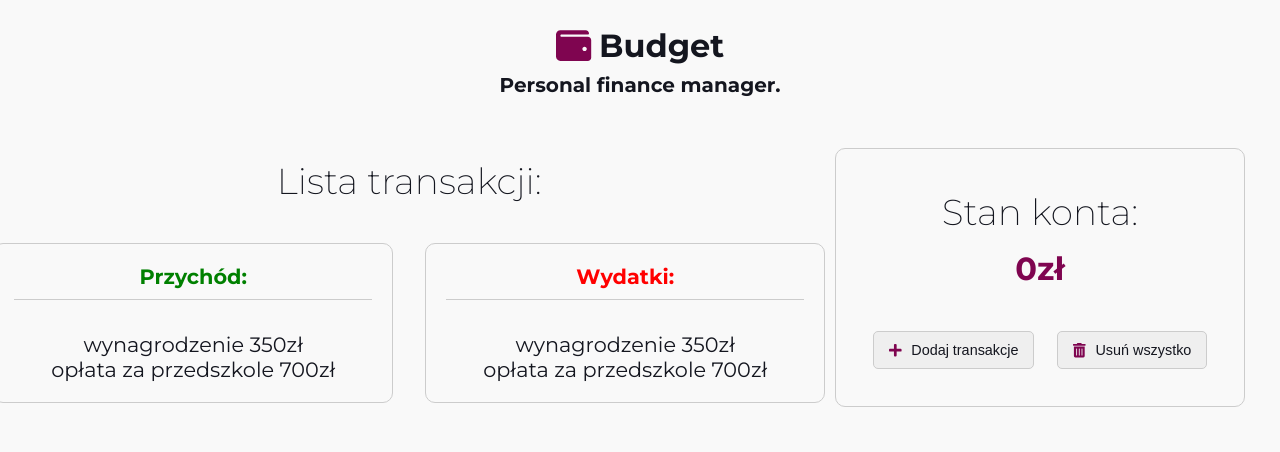
Repository: KrzysKolo/sr_tydzien4_zad4
Page: /
The author's editor kept a copy of each file at every save. The page is drawn from the files as they stood at one save, then again after the next save.
The browser window is 1280 px wide. The pictures show the whole page.
Some web libraries are served in a nearby version. The project was rebuilt for these pictures with package versions that can differ from the ones it lists, and the page was loaded fresh each time. Also part of the build but not shown: src/components/budgetComponents/formComponents/Header.js, src/components/budgetComponents/formComponents/ErrorMessage.js, src/components/budgetComponents/formComponents/Input.js, src/components/budgetComponents/formComponents/Select.js.

Above is the page before, as saved 2020-12-03 23:12:30.

### public/index.html
<!DOCTYPE html>
<html lang="en">
  <head>
    <meta charset="utf-8" />
    <link rel="icon" href="%PUBLIC_URL%/favicon.ico" />
    <meta name="viewport" content="width=device-width, initial-scale=1" />
    <meta name="theme-color" content="#000000" />
    <meta
      name="description"
      content="Web site created using create-react-app"
    />
    <link rel="apple-touch-icon" href="%PUBLIC_URL%/logo192.png" />
    <!--
      manifest.json provides metadata used when your web app is installed on a
      user's mobile device or desktop. See https://developers.google.com/web/fundamentals/web-app-manifest/
    -->
    <link rel="manifest" href="%PUBLIC_URL%/manifest.json" />
    <!--
      Notice the use of %PUBLIC_URL% in the tags above.
      It will be replaced with the URL of the `public` folder during the build.
      Only files inside the `public` folder can be referenced from the HTML.

      Unlike "/favicon.ico" or "favicon.ico", "%PUBLIC_URL%/favicon.ico" will
      work correctly both with client-side routing and a non-root public URL.
      Learn how to configure a non-root public URL by running `npm run build`.
    -->
    <link
      href="https://fonts.googleapis.com/css?family=Montserrat:200,400,700&display=swap&subset=latin-ext"
      rel="stylesheet"
    />
    <script
      src="https://kit.fontawesome.com/327a0d490c.js"
      crossorigin="anonymous"
    ></script>
    <title>Budget</title>
  </head>
  <body>
    <noscript>You need to enable JavaScript to run this app.</noscript>
    <div id="root"></div>
    <!--
      This HTML file is a template.
      If you open it directly in the browser, you will see an empty page.

      You can add webfonts, meta tags, or analytics to this file.
      The build step will place the bundled scripts into the <body> tag.

      To begin the development, run `npm start` or `yarn start`.
      To create a production bundle, use `npm run build` or `yarn build`.
    -->
  </body>
</html>

### src/App.js
import React from 'react';
import Budget from './components/Budget'

const App = () => {
  return (
    <>
      <Budget/>
    </>
  )
}

export default App;

### src/components/Budget.js
import React from 'react';
import Header from './budgetComponents/Header';
import Section from './budgetComponents/Section';
import SectionInfo from './budgetComponents/SectionInfo';
import H2 from './budgetComponents/sectionComponents/H2';
import styled, { createGlobalStyle } from 'styled-components';

const GlobalStyle = createGlobalStyle`
    * {
        padding: 0;
        margin: 0;
        box-sizing: border-box;
    }
    body {
        background-color: #f9f9f9;
        color: #14161f;
        font-family: "Montserrat", sans-serif;
        font-size: 16px;
        min-height: 100vh;
    }
    `;
const Container = styled.main`
    font-size: 1.5rem;
`;
const SectionContainer = styled.section`
    display: flex;
    flex-direction: row;
    justify-content: center;
    align-items: center;
`;
const SectionBudget = styled.section`
    display: flex;
    flex-direction: column;
    justify-content: center;
    align-items: center;
`;
const DivItems = styled.div`
    display: flex;
    flex-direction: row;
    justify-content: center;
    align-items: center;

`;
const Budget = () => {
    return (
        <>
            <GlobalStyle />
            <Container>
                <Header />
                <SectionContainer>
                    <SectionBudget>
                        <H2 title="Lista transakcji" />
                        <DivItems>
                            <Section title="Przychód" label="p"/>
                            <Section title="Wydatki" />
                        </DivItems>
                    </SectionBudget>
                    <SectionInfo title="Stan konta"/>
                </SectionContainer>
            </Container>

        </>
    )
}

export default Budget;

### src/components/budgetComponents/Header.js
import React from 'react';
import styled from 'styled-components';
import { FontAwesomeIcon } from '@fortawesome/react-fontawesome';
import { faWallet } from '@fortawesome/free-solid-svg-icons';

const SectionHeader = styled.header`
    align-items: center;
    color: rgb(127, 5, 80);
    display: flex;
    font-size: 2.2rem;
    flex-direction: column;
    justify-content: center;
    padding: 2%;
`;
const DivHeader = styled.div`
    align-items: center;
    display: flex;
    flex-direction: row;
    justify-content: center;
    margin-bottom: 0.5rem;
`;
const H1Header = styled.h1`
    color: #14161f;
    font-size: 2rem;
    margin-left: .5rem;
`;
const H2Header = styled.h2`
    color: #14161f;
    font-size: 1.25rem;
`;
const Header = () => {
    return (
        <SectionHeader>
            <DivHeader>
                <FontAwesomeIcon icon={faWallet}/>
                <H1Header>Budget</H1Header>
            </DivHeader>
            <H2Header>Personal finance manager.</H2Header>
        </SectionHeader>
    )
}

export default Header;

### src/components/budgetComponents/Section.js
import React from 'react';
import { H1 }from './sectionComponents/index';
import Transactions from './../data/Transactions';
import styled from 'styled-components';

const SectionWrapper = styled.section`
    border: 1px solid #ccc;
    border-radius: 10px;
    display: flex;
    flex-direction: column;
    font-size: 1.3rem;
    justify-content: center;
    align-items: center;
    margin: 2%;
    padding: 20px;
    min-width: 400px;
    width: 50%;
`;
const Section = ({ title, label }) => {
   return (
        <SectionWrapper>
           <H1 title={title} label={label} />
            {Transactions.map(item => <div key={item.id}> {item.name} {item.amount}zł</div>)}
        </SectionWrapper>
    )
}

export default Section;

### src/components/budgetComponents/SectionInfo.js
import React, { useState } from 'react';
import { H2, P } from './sectionComponents/index';
import Form from './Form';
import Button from './../budgetComponents/buttons/Button';
import styled from 'styled-components';
import { faPlus,  faTrashAlt } from '@fortawesome/free-solid-svg-icons';
const SectionWrapper = styled.section`
    border: 1px solid #ccc;
    border-radius: 10px;
    display: flex;
    flex-direction: column;
    margin: 2vw;
    padding: 2%;
`;
const ButtonWrapper = styled.div`
    display: flex;
    flex-direction: row;
`;

const SectionInfo = ({ title }) => {
    const [showForm, setShowForm] = useState(false);
    const openForm = () =>{
        setShowForm(prev => !prev);
  };
    return (
        <>
        <SectionWrapper>
           <H2 title={title}> </H2>
           <P />
           <ButtonWrapper>
                <Button onClick={openForm} title="Dodaj transakcje" icons={faPlus} />
                <Button title="Usuń wszystko" icons={faTrashAlt} type="submit"/>
           </ButtonWrapper>

        </SectionWrapper>
        <Form showForm={showForm} setShowForm={setShowForm} />
        </>
    )
}

export default SectionInfo;

### src/components/budgetComponents/sectionComponents/H2.js
import React from 'react'
import styled from 'styled-components';

const TitleH2 = styled.h2`
    font-weight: 200;
    margin: 2% auto;
    padding: 0.5rem;
`;

const H2 = ({title}) => {
    return (
        <TitleH2>
            {title}:
        </TitleH2>
    )
}

export default H2;

### src/components/budgetComponents/sectionComponents/index.js
export { default as H1 } from './H1';
export { default as H2 } from './H2';
export { default as P } from './P';

### src/components/data/Transactions.js
const SelectOptions=[
    { id: 0, category: "Przychód", name: "wynagrodzenie", amount: "350"},
    { id: 1, category: "Rachunki", name: "opłata za przedszkole", amount: "700"},

];
export default SelectOptions;

### src/components/budgetComponents/Form.js
import React, { useState } from 'react';
import { Header, Input, Select } from './formComponents/';
import Button from './buttons/Button';
import styled from 'styled-components';
import SelectOptions from './../data/SelectOptions';
import { faBusinessTime, faSave, faWindowClose } from '@fortawesome/free-solid-svg-icons';
import { useFormik } from 'formik';
import * as yup from 'yup';

const FormWrapper = styled.form`
    background-color: #f9f9f9;
    border: 4px double rgb(127, 5, 80);
    border-radius: 10px;
    box-shadow: 3px 3px 5px rgba(127, 5, 80, 0.5);
    color: rgb(127, 5, 80);
    position: fixed;
    display: flex;
    flex-direction: column;
    justify-content: center;
    align-items: center;
    padding: 10px;
    width: 20vw;
    min-width: 300px;
`;
const ButtonWrapper = styled.div`
    display: flex;
    flex-direction: row;
    justify-content: center;
    border-top: 1px solid rgba(127, 5, 80, 0.3);
    padding-top: 10px;
    margin-top: 1.4rem;
`;

const FormData = ({ showForm, setShowForm }) => {
    const initialValues  = {
        name: '',
        amount: '',
        category: -1,
    };
    const validationSchema = yup.object({
        name: yup.string().required("Required").min(3, "Musi być min 3 znaki").max(50,"Moze być max 50 znaków"),
        amount: yup.number().required("Required").min(1, "Musi być conajmniej 1 cyfra"),
        category: yup.number().required("Musi być wybrane").min(0, ).max(5),
    })
    const onSubmit = ( values, {resetForm} ) => {
        console.log('Form data', values);
        setShowMessage(true);
        resetForm();
    };
    const closeForm = () => {
        setShowForm(false);
    };
    const [ showMessage, setShowMessage ] = useState(false);
    const formik = useFormik({
        initialValues,
        validationSchema,
        onSubmit,
    });
    return (
        <>
        { showForm &&
        <FormWrapper onSubmit={formik.handleSubmit}>
            <Header icons={faBusinessTime} title={"Dodaj transakcje!"} />
            <Input type="text" label="Nazwa transakcji" name="name" placeholder="nazwa transakcji..." onChange={formik.handleChange} value={formik.values.name} onBlur={formik.handleBlur} error={formik.errors.name} message={formik.errors.name} touched={formik.touched.name} />
            <Input type="text" label="Kwota transakcji" name="amount" placeholder="kwota..." onChange={formik.handleChange} value={formik.values.amount} onBlur={formik.handleBlur} error={formik.errors.amount} message={formik.errors.amount} touched={formik.touched.amount}/>
            <Select options={SelectOptions} label="Wybierz kategorię transakcji" name="category" onChange={formik.handleChange} value={formik.values.category} onBlur={formik.handleBlur} error={formik.errors.category} message={formik.errors.category} touched={formik.touched.category}/>
            <ButtonWrapper>
                <Button type="save" title="Zapisz" icons={faSave}/>
                <Button title="Anuluj" icons={faWindowClose} type="cancel" onClick={closeForm} />
            </ButtonWrapper>
        </FormWrapper>
        }
        </>
    )
}

export default FormData;

### src/components/budgetComponents/buttons/Button.js
import React from 'react';
import styled from 'styled-components';
import { FontAwesomeIcon } from '@fortawesome/react-fontawesome';

const ButtonDiv = styled.button`
    border: 1px solid #ccc;
    border-radius: 5px;
    margin: 0.7rem;
    padding: 10px 15px;
    display: flex;
    flex-direction: row;
    align-items: center;
    color: rgb(127, 5, 80);
    font-size: 0.9rem;
    cursor: pointer;
    transition: 0.3s ease-in-out;
    &:hover {
        border: 1px solid rgba(127, 5, 80, 0.4);
        background-color:  #f9f9f9;
        color: rgba(127, 5, 80, 0.5);
    }
`;
const ButtonTitleDiv = styled.div`
    margin-left: 10px;
    color: #14161f;
`;
const Button = ({ title, icons, onClick }) => {
    return (
        <ButtonDiv onClick={onClick}>
            <FontAwesomeIcon icon={icons} />
            <ButtonTitleDiv>{title}</ButtonTitleDiv>
        </ButtonDiv>
    )
}

export default Button;

### src/components/budgetComponents/sectionComponents/H1.js
import React from 'react'
import styled from 'styled-components';

const TitleH1Styles = (label) => `
border-bottom: 1px solid #ccc;
color: ${label ? 'green' : 'red'};
margin-bottom: 2rem;
padding-bottom: 10px;
display: block;
width: 100%;
text-align: center;
`;
const TitleH1 = styled.h1`
      ${props => TitleH1Styles(props.label)}
`;

const H1 = (props) => {
    const { title, label } = props;
    return (
        <TitleH1 label={label}>
            {title}:
        </TitleH1>
    )
}

export default H1;

### src/components/budgetComponents/sectionComponents/P.js
import React from 'react';
import styled from 'styled-components';

const InfoP = styled.p`
    color: rgb(127, 5, 80);
    font-size: 2rem;
    font-weight: bold;
    width: 100%auto;
    text-align: center;
    padding-bottom: 2rem;
`;

const P = () => {
    return (
        <InfoP>
            0zł
        </InfoP>
    )
}

export default P;

### src/components/budgetComponents/formComponents/index.js
export { default as Header } from './Header';
export { default as Input } from './Input';
export { default as ErrorMessage } from './ErrorMessage';
export { default as Select } from './Select';

### src/components/data/SelectOptions.js
const SelectOptions=[
    { id: -1, value: "-1", label:"", title: 'Select...' },
    { id: 0, value: "0", label:"[+]", title: 'Przychód' },
    { id: 1, value: "1", label:"[-]", title: 'Rachunki' },
    { id: 2, value: "2", label:"[-]", title: 'Sport' },
    { id: 3, value: "3", label:"[-]", title: 'Wyżywienie' },
    { id: 4, value: "4", label:"[-]", title: 'Kultura' },
    { id: 5, value: "5", label:"[-]", title: 'Wypoczynek' },
];
export default SelectOptions;

Loaded but not shown: src/index.js (common file); src/index.css (common file)

After the next save:
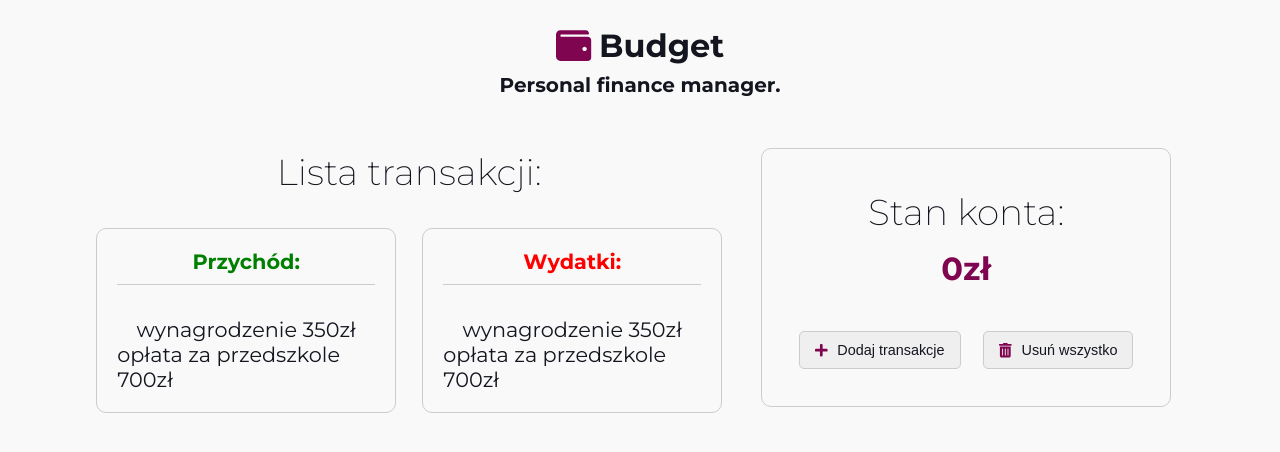
Saved 10 s later.
--- a/src/components/budgetComponents/Section.js
+++ b/src/components/budgetComponents/Section.js
@@ -13,7 +13,7 @@ const SectionWrapper = styled.section`
     align-items: center;
     margin: 2%;
     padding: 20px;
-    min-width: 400px;
+    min-width: 300px;
     width: 50%;
 `;
 const Section = ({ title, label }) => {
